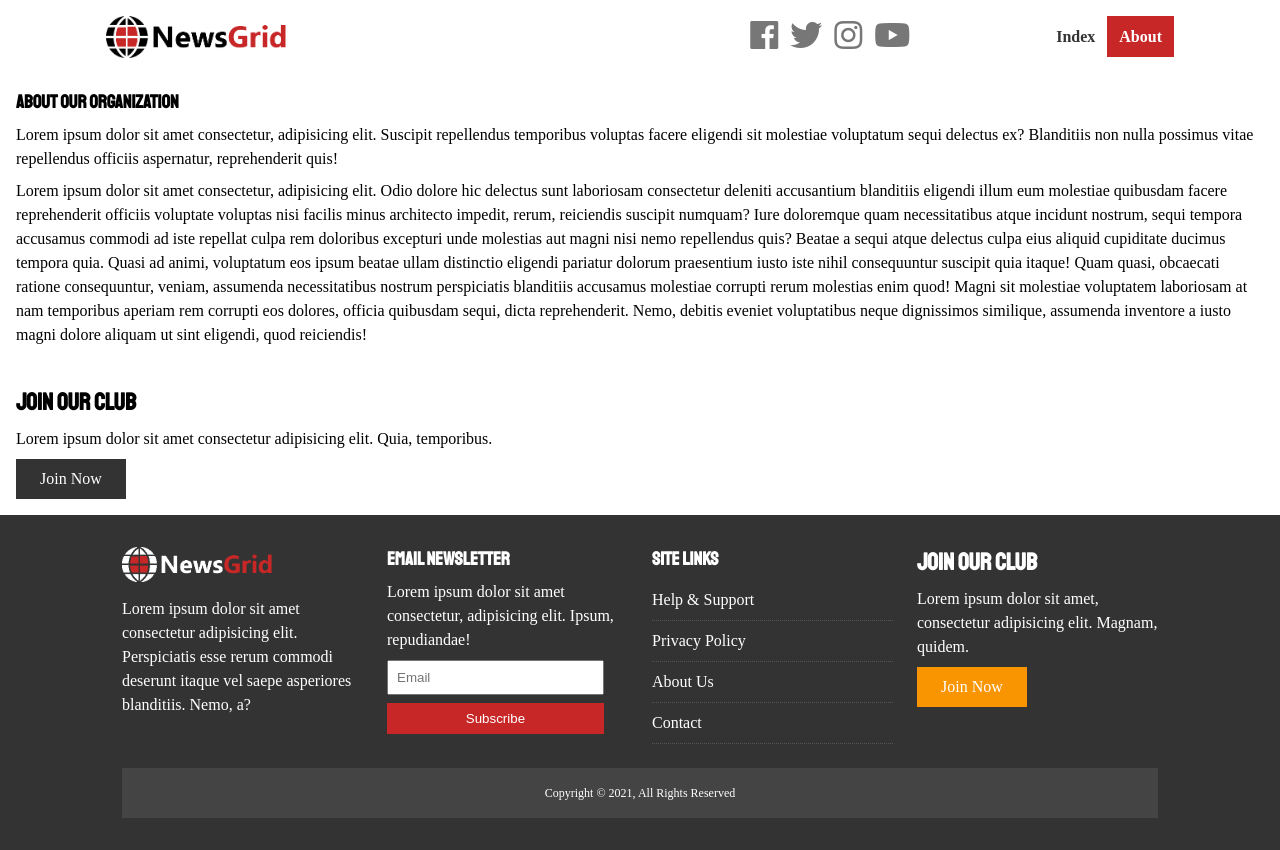
Repository: minhtien9/newsgrid
Page: about.html
The author's editor kept a copy of each file at every save. The page is drawn from the files as they stood at one save, then again after the next save.
The browser window is 1280 px wide. The pictures show the whole page.
Some web libraries are served in a nearby version.

Above is the page before, as saved 2021-08-26 11:20:26.

### about.html
<!DOCTYPE html>
<html lang="en">
  <head>
    <meta charset="UTF-8" />
    <meta name="viewport" content="width=device-width, initial-scale=1.0" />
    <meta http-equiv="X-UA-Compatible" content="ie=edge" />
    <link
      rel="stylesheet"
      href="https://use.fontawesome.com/releases/v5.6.3/css/all.css"
      integrity="sha384-UHRtZLI+pbxtHCWp1t77Bi1L4ZtiqrqD80Kn4Z8NTSRyMA2Fd33n5dQ8lWUE00s/"
      crossorigin="anonymous"
    />
    <link
      href="https://fonts.googleapis.com/css2?family=Lato&family=Staatliches&display=swap"
      rel="stylesheet"
    />
    <link rel="stylesheet" href="css/style.css" />
    <link
      rel="stylesheet"
      media="screen and (max-width: 768px)"
      href="css/mobile.css"
    />
    <link rel="shortcut icon" type="image/x-icon" href="favicon.ico" />
    <title>NewsGrid | About</title>
  </head>

  <body>
    <nav id="main-nav">
      <div class="container">
        <img src="img/logo.png" alt="NewsGrid" class="logo" />
        <div class="social">
          <a href="http://facebook.com" target="_blank"
            ><i class="fab fa-facebook fa-2x"></i
          ></a>
          <a href="http://twitter.com" target="_blank"
            ><i class="fab fa-twitter fa-2x"></i
          ></a>
          <a href="http://instagram.com" target="_blank"
            ><i class="fab fa-instagram fa-2x"></i
          ></a>
          <a href="http://youtube.com" target="_blank"
            ><i class="fab fa-youtube fa-2x"></i
          ></a>
        </div>
        <ul>
          <li><a href="index.html">Index</a></li>
          <li><a class="current" href="about.html">About</a></li>
        </ul>
      </div>
    </nav>

    <section id="about">
      <div class="c">
        <div class="page-container">
          <article class="card">
            <h1 class="l-heading">About Our Organization</h1>
            <p>
              Lorem ipsum dolor sit amet consectetur, adipisicing elit. Suscipit
              repellendus temporibus voluptas facere eligendi sit molestiae
              voluptatum sequi delectus ex? Blanditiis non nulla possimus vitae
              repellendus officiis aspernatur, reprehenderit quis!
            </p>
            <p>
              Lorem ipsum dolor sit amet consectetur, adipisicing elit. Odio
              dolore hic delectus sunt laboriosam consectetur deleniti
              accusantium blanditiis eligendi illum eum molestiae quibusdam
              facere reprehenderit officiis voluptate voluptas nisi facilis
              minus architecto impedit, rerum, reiciendis suscipit numquam? Iure
              doloremque quam necessitatibus atque incidunt nostrum, sequi
              tempora accusamus commodi ad iste repellat culpa rem doloribus
              excepturi unde molestias aut magni nisi nemo repellendus quis?
              Beatae a sequi atque delectus culpa eius aliquid cupiditate
              ducimus tempora quia. Quasi ad animi, voluptatum eos ipsum beatae
              ullam distinctio eligendi pariatur dolorum praesentium iusto iste
              nihil consequuntur suscipit quia itaque! Quam quasi, obcaecati
              ratione consequuntur, veniam, assumenda necessitatibus nostrum
              perspiciatis blanditiis accusamus molestiae corrupti rerum
              molestias enim quod! Magni sit molestiae voluptatem laboriosam at
              nam temporibus aperiam rem corrupti eos dolores, officia quibusdam
              sequi, dicta reprehenderit. Nemo, debitis eveniet voluptatibus
              neque dignissimos similique, assumenda inventore a iusto magni
              dolore aliquam ut sint eligendi, quod reiciendis!
            </p>
          </article>
          <aside class="card bh-primary">
            <h2>Join Our Club</h2>
            <p>
              Lorem ipsum dolor sit amet consectetur adipisicing elit. Quia,
              temporibus.
            </p>
            <a href="#" class="btn btn-dark btn-block">Join Now</a>
          </aside>
        </div>
      </div>
    </section>
    <!-- Footer -->
    <footer id="main-footer" class="py-2">
      <div class="container footer-container">
        <div>
          <img src="img/logo_light.png" alt="NewsGrid" />
          <p>
            Lorem ipsum dolor sit amet consectetur adipisicing elit.
            Perspiciatis esse rerum commodi deserunt itaque vel saepe asperiores
            blanditiis. Nemo, a?
          </p>
        </div>
        <div>
          <h3>Email NewsLetter</h3>
          <p>
            Lorem ipsum dolor sit amet consectetur, adipisicing elit. Ipsum,
            repudiandae!
          </p>
          <form>
            <input type="email" placeholder="Email" />
            <input type="submit" value="Subscribe" class="btn btn-primary" />
          </form>
        </div>
        <div>
          <h3>Site Links</h3>
          <ul class="list">
            <li><a href="#">Help & Support</a></li>
            <li><a href="#">Privacy Policy</a></li>
            <li><a href="#">About Us</a></li>
            <li><a href="#">Contact</a></li>
          </ul>
        </div>
        <div>
          <h2>Join Our Club</h2>
          <p>
            Lorem ipsum dolor sit amet, consectetur adipisicing elit. Magnam,
            quidem.
          </p>
          <a href="#" class="btn btn-secondary">Join Now</a>
        </div>
        <div>
          <p>Copyright &copy; 2021, All Rights Reserved</p>
        </div>
      </div>
    </footer>
  </body>
</html>

### css/style.css
:root {
  --primary-color: #c72727;
  --secondary-color: #f99500;
  --light-color: #f3f3f3;
  --dark-color: #333;
  --max-width: 1100px;
}

.category {
  --sports-color: #f99500;
  --ent-color: #a66bbe;
  --tech-color: #009cff;
}

* {
  margin: 0;
  padding: 0;
  box-sizing: border-box;
}

body {
  font-family: 'Lato' sans-serif;
  line-height: 1.5;
  background: var(--light-color);
}

a {
  color: #333;
  text-decoration: none;
}

ul {
  list-style: none;
}
p {
  margin: 0.5rem 0;
}

img {
  width: 100%;
}

h1,
h2,
h3,
h4,
h5,
h6 {
  font-family: 'Staatliches', cursive;
  margin-bottom: 0.55rem;
  line-height: 1.3;
}

/* Utility */

.container {
  max-width: var(--max-width);
  margin: auto;
  padding: 0 2rem;
  overflow: hidden;
}

.category {
  display: inline-block;
  color: #fff;
  font-size: 0.55rem;
  text-transform: uppercase;
  padding: 0.4rem 0.6rem;
  border-radius: 15px;
  margin-bottom: 0.5rem;
}

.category-sports {
  background: var(--sports-color);
}

.category-ent {
  background: var(--ent-color);
}

.category-tech {
  background: var(--tech-color);
}

.btn {
  display: inline-block;
  border: none;
  background: var(--dark-color);
  color: #fff;
  padding: 0.5rem 1.5rem;
}

.btn-light {
  background: var(--light-color);
}

.btn-primary {
  background: var(--primary-color);
}

.btn-secondary {
  background: var(--secondary-color);
}

.btn:hover {
  opacity: 0.9;
}

.card {
  background: #fff;
  padding: 1rem;
}

.bg-dark {
  background: var(--dark-color);
  color: #fff;
}

.bg-primary {
  background: var(--primary-color);
  color: #fff;
}

.bg-secondary {
  background: var(--secondary-color);
  color: #fff;
}

.bg-dark h1,
.bg-dark h2,
.bg-dark h3,
.bg-dark a,
.bg-primary h1,
.bg-primary h2,
.bg-primary h3,
.bg-primary a,
.bg-secondary h1,
.bg-secondary h2,
.bg-secondary h3,
.bg-secondary a {
  color: #fff;
}

.py-1 {
  padding: 1.5rem 0;
}

.py-2 {
  padding: 2rem 0;
}

.py-3 {
  padding: 3rem 0;
}

.p-1 {
  padding: 1.5rem;
}

.p-2 {
  padding: 2rem;
}

.p-3 {
  padding: 3rem;
}
.list li {
  padding: 0.5rem 0;
  border-bottom: 1px dotted #555;
}
.list li a:hover {
  color: var(--primary-color) !important;
}

/* Inner page grid container */
.page-container {
}

/* Navigation */

#main-nav {
  background: #fff;
  position: sticky;
  top: 0;
  z-index: 2;
}

#main-nav .container {
  display: grid;
  grid-template-columns: 6fr 3fr 2fr;
  padding: 1rem;
  align-items: center;
}

#main-nav .logo {
  width: 180px;
}

#main-nav ul {
  justify-self: end;
  display: flex;
}

#main-nav ul li a {
  padding: 0.75rem;
  font-weight: bold;
}

#main-nav ul li a.current {
  background: var(--primary-color);
  color: #fff;
}

#main-nav ul li a:hover {
  background: var(--light-color);
  color: var(--dark-color);
}

#main-nav .social {
  justify-self: center;
}

#main-nav .social i {
  color: #777;
  margin-right: 0.5rem;
}

/* Showcase */

#showcase {
  color: #fff;
  background: #333;
  padding: 2rem;
  position: relative;
}

#showcase:before {
  content: '';
  background: url('../img/featured.jpg') no-repeat center center/cover;
  position: absolute;
  top: 0;
  left: 0;
  width: 100%;
  height: 100%;
  opacity: 0.4;
}

#showcase .showcase-container {
  display: grid;
  grid-template-columns: repeat(2, 1fr);
  justify-content: center;
  align-items: center;
  height: 80vh;
}

#showcase .showcase-content {
  z-index: 1;
}

#showcase .showcase-content p {
  margin-bottom: 1rem;
}

/* Home Articles */

#home-articles .articles-container {
  display: grid;
  grid-template-columns: repeat(3, 1fr);
  grid-gap: 1rem;
}

#home-articles .articles-container > *:first-child,
#home-articles .articles-container > *:last-child {
  display: grid;
  grid-template-columns: repeat(2, 1fr);
  grid-gap: 1rem;
  grid-column: 1 / span 2;
  align-items: center;
}

#home-articles .articles-container > *:last-child {
  grid-column: 2 / span 2;
}

/* Footer */

#main-footer {
  background: var(--dark-color);
  color: #fff;
}

#main-footer img {
  width: 150px;
}
#main-footer a {
  color: #fff;
}
#main-footer .footer-container {
  display: grid;
  grid-template-columns: repeat(4, 1fr);
  grid-gap: 1.5rem;
}
#main-footer .footer-container > *:last-child {
  background: #444;
  grid-column: 1 / span 4;
  padding: 0.5rem;
  text-align: center;
  font-size: 0.75rem;
}
#main-footer .footer-container input[type='email'] {
  width: 90%;
  padding: 0.5rem;
  margin-bottom: 0.5rem;
}
#main-footer .footer-container input[type='submit'] {
  width: 90%;
}

Loaded but not shown: css/mobile.css (no stored copy; drawn as an empty file)

After the next save:
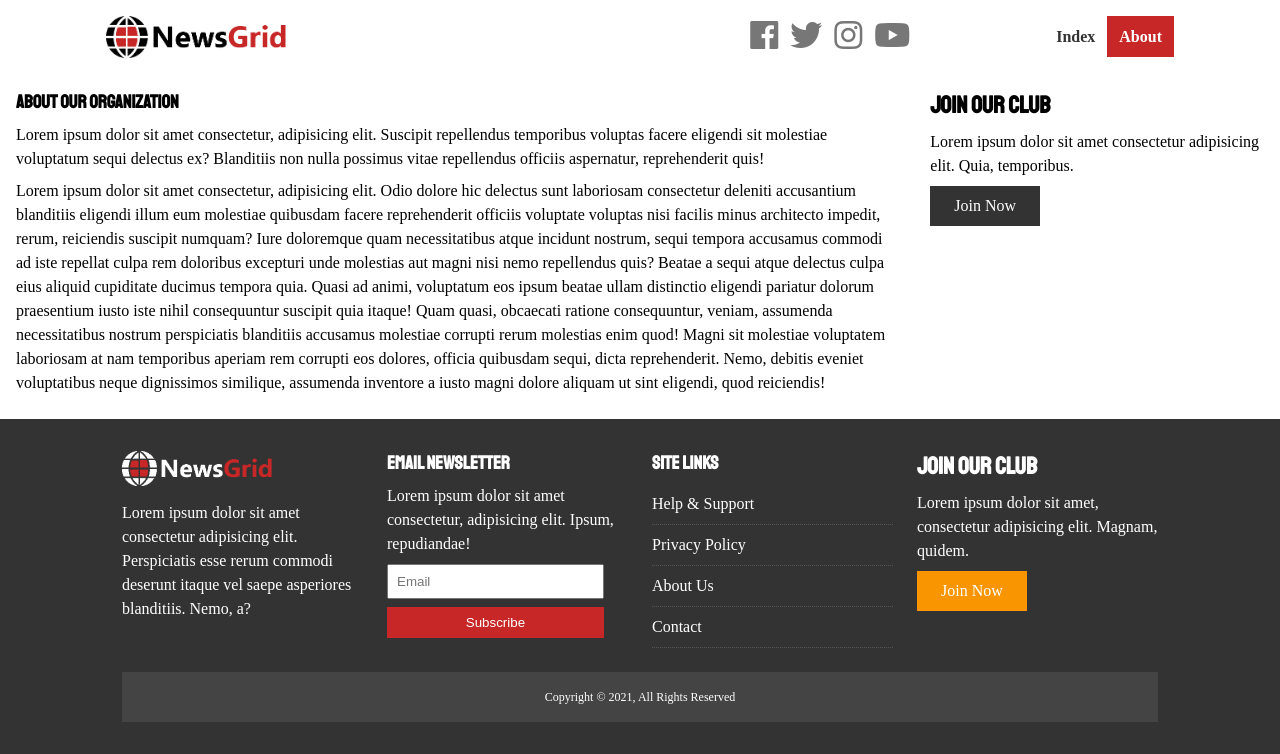
Saved 38 s later.
--- a/css/style.css
+++ b/css/style.css
@@ -173,7 +173,10 @@ h6 {
 }
 
 /* Inner page grid container */
+
 .page-container {
+  display: grid;
+  grid-template-columns: 5fr 2fr;
 }
 
 /* Navigation */
